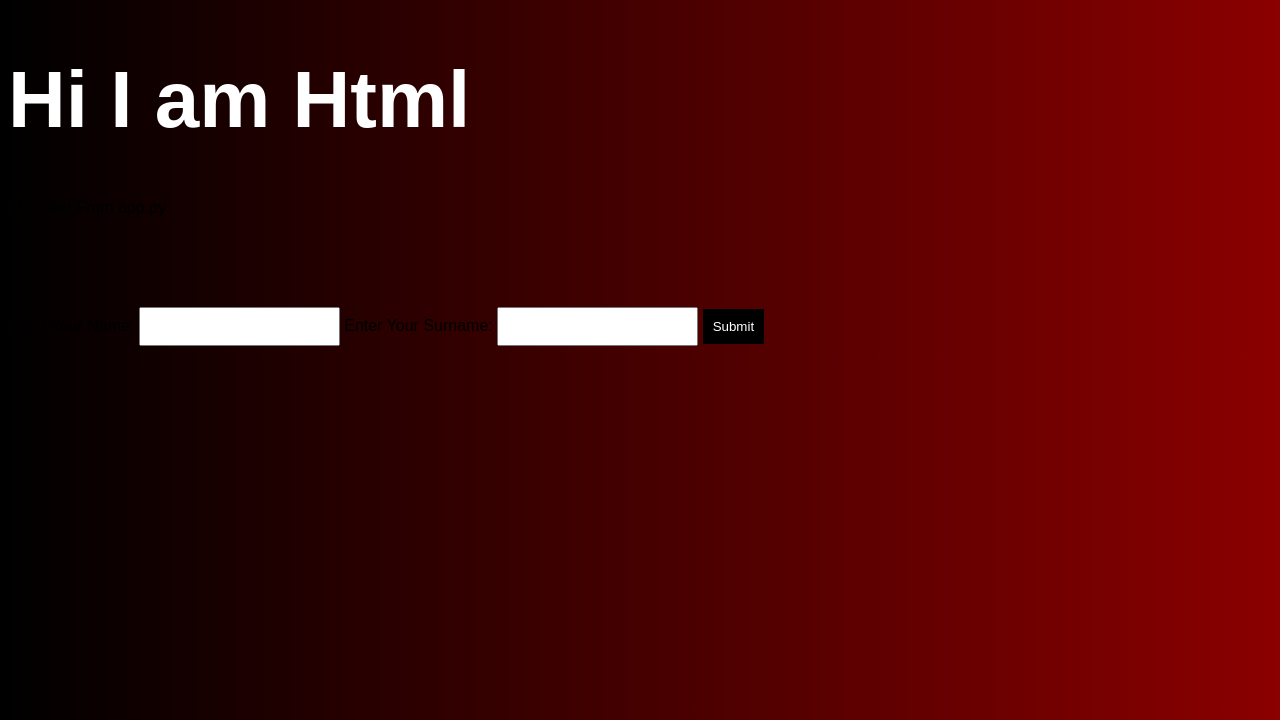
Repository: AlexandruMoloman/FormValidate-05Nov2024-
Page: http://localhost/
These files come from the project's save history. The page is drawn as it stood at one moment and after the next save; the edit follows.
The browser window is 1280 px wide. The pictures show the whole page.
The page is served by the project's application, run on Flask 3 (app.py).

Above is the page before, as saved 2024-10-22 15:13:29.

### templates/home.html
<!DOCTYPE html>
<html lang="en">
  <head>
    <meta charset="UTF-8" />
    <meta name="viewport" content="width=device-width, initial-scale=1.0" />
    <title>Document</title>
    <link rel="stylesheet" href="{{url_for('static', filename='style.css')}}" />
  </head>
  <body>
    <h1>Hi I am Html</h1>
    <p>{{ message }}</p>

    {% with messages = get_flashed_messages() %} {% if messages %}
    <ul>
      {% for msg in messages %}
      <li style="color: red">{{ msg }}</li>
      {% endfor %}
    </ul>

    {% endif %} {% endwith %}

    <form action="/greet" method="POST" style="display: block">
      <label for="name">Enter Your Name: </label>
      <input type="text" id="name" name="name" required />
      <label for="surname">Enter Your Surname: </label>
      <input type="text" id="surname" name="surname" required />
      <button type="submit" value="submit">Submit</button>
    </form>
  </body>
</html>

### app.py
from flask import Flask, render_template, request, redirect, url_for, flash
from flask_sqlalchemy import SQLAlchemy
import re

app = Flask(__name__)
app.config['SQLALCHEMY_DATABASE_URI'] = 'sqlite:///users.db'
app.config['SQLALCHEMY_TRACK_MODIFICATIONS'] = False
db = SQLAlchemy(app)
app.secret_key = 'supersecretkey'


# Модель пользователя
class User(db.Model):
    id = db.Column(db.Integer, primary_key=True)
    name = db.Column(db.String(100), nullable=False)
    surname = db.Column(db.String(100), nullable=False)

    def __repr__(self):
        return f'<User {self.name}>'


# Первый маршрут (главная страница)
@app.route('/')
def home():
    message = "This Text From app.py"
    return render_template('home.html', message=message)


# Третий маршрут (приветствие с именем)
@app.route('/greet/<name>/<surname>')
def greet_name(name, surname):
    return render_template('greet.html', name=name, surname=surname)


# Второй маршрут (обработка формы)
@app.route('/greet', methods=['POST'])
def greet():
    name = request.form['name']
    surname = request.form['surname']

    # Валидация имени
    if not name or not re.match("^[A-Za-z]+$", name):
        flash("Name is not valid (letters only).")
        return redirect(url_for('home'))

    # Валидация фамилии
    if not surname or not re.match("^[A-Za-z]+$", surname):
        flash("Surname is not valid (letters only).")
        return redirect(url_for('home'))

    # Добавление пользователя в базу данных
    new_user = User(name=name, surname=surname)
    db.session.add(new_user)
    db.session.commit()

    # Перенаправление на страницу приветствия
    return redirect(url_for('greet_name', name=name, surname=surname))


# Создание базы данных
with app.app_context():
    db.create_all()


if __name__ == '__main__':
    app.run(debug=True, host='127.0.0.1', port=8080)

### static/css/style.css
body {
  font-family: Arial, 'Helvetica Neue', Helvetica, sans-serif;
  background: linear-gradient(to right, black, darkred);
  justify-content: center;
}

h1 {
  font-size: 5rem;
  color: white;
}

form {
  margin-top: 5rem;
  border: none;
}

input,
button {
  padding: 10px;
  margin-top: 10px;
}

button {
  background-color: black;
  color: white;
  border: none;
  cursor: pointer;
}

button:hover {
  background-color: white;
  color: black;
}

ul {
  color: red;
  list-style-type: none;
}

After the next save:
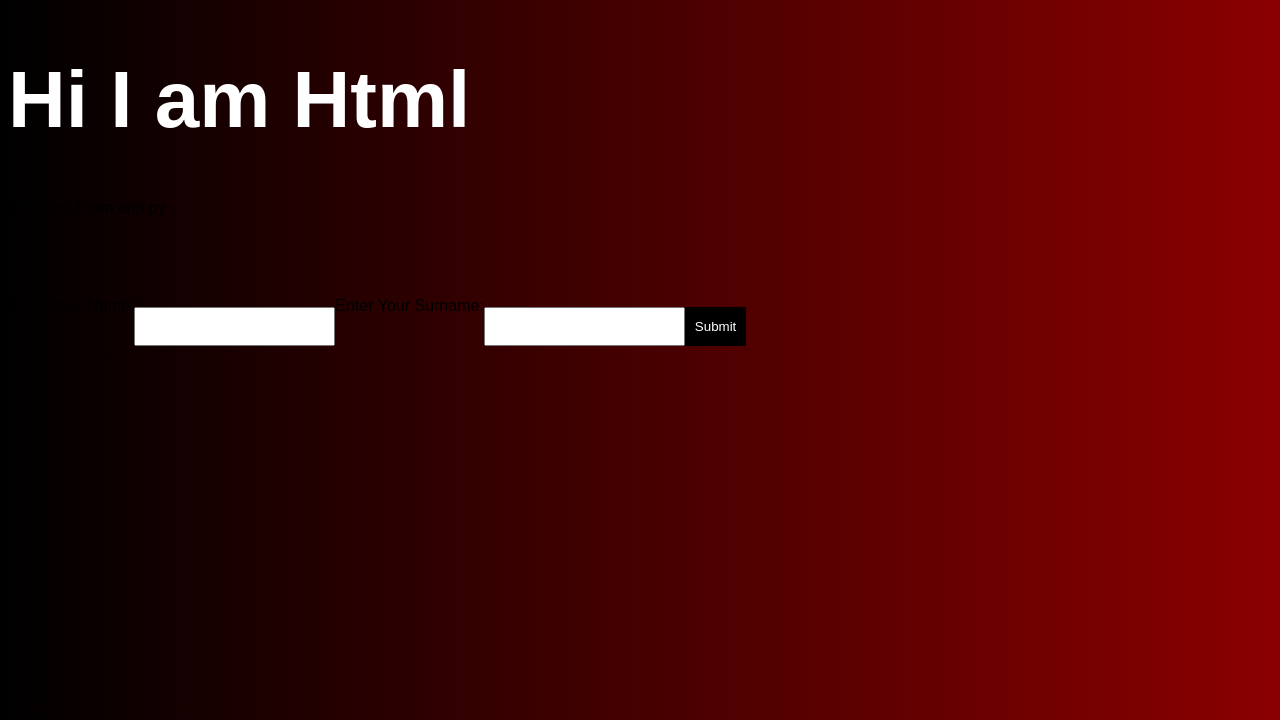
Saved 13 s later.
--- a/templates/home.html
+++ b/templates/home.html
@@ -19,7 +19,7 @@
 
     {% endif %} {% endwith %}
 
-    <form action="/greet" method="POST" style="display: block">
+    <form action="/greet" method="POST" style="display: flex">
       <label for="name">Enter Your Name: </label>
       <input type="text" id="name" name="name" required />
       <label for="surname">Enter Your Surname: </label>
